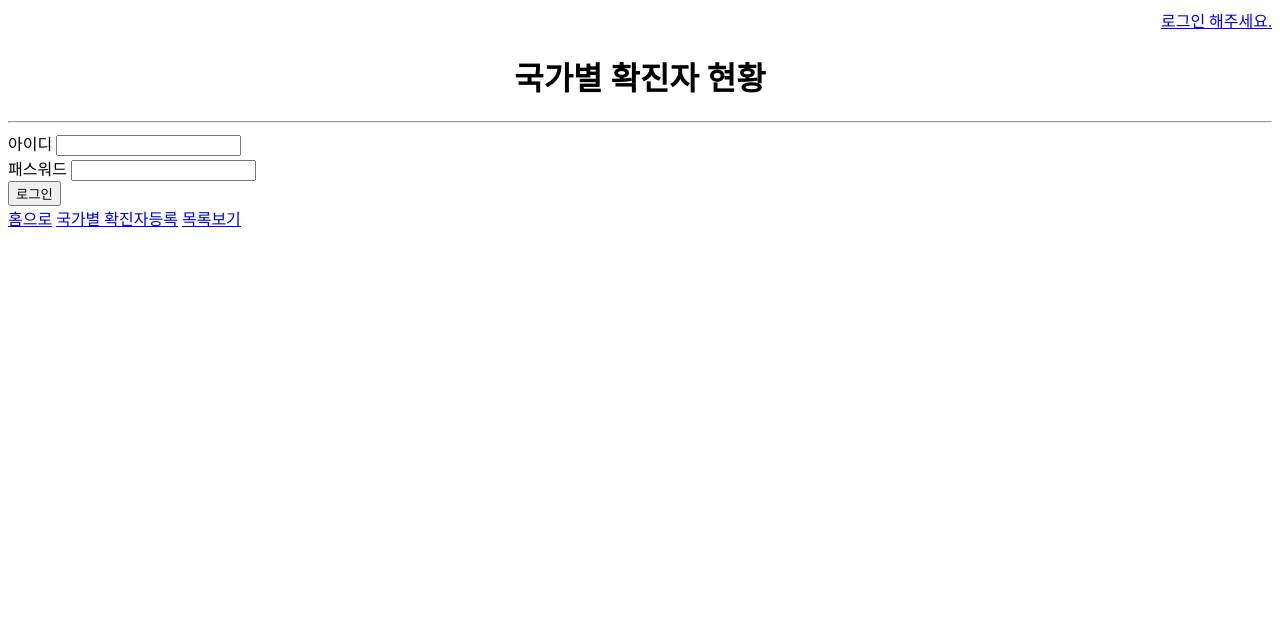
Repository: midrash/fileUpload-Test
Page: spring-ajax-test-frontend/index.html
An editor plug-in stored every save of this project. The page is shown before and after the next save, followed by the edit.
The browser window is 1280 px wide. The pictures show the whole page.

Above is the page before, as saved 2020-10-28 08:31:30.

### spring-ajax-test-frontend/index.html
<!DOCTYPE html>
<html>
<head>
<meta charset="UTF-8">
<title>Insert title here</title>
<style>
#loginInfo {
	text-align: right;
}

#head {
	text-align: center;
}

.inputtitle {
	display: inline-block;
	width: 100px;
	background: silver;
	text-align: center;
}
</style>
<script	src="https://ajax.googleapis.com/ajax/libs/jquery/3.5.1/jquery.min.js"></script>
<script>
	let root = '/test';
	let isLogin = false;
	let loginUser = {
		id: ''
	}
</script>
</head>
<body>
	<div id="loginInfo">
	</div>

	<h1 id="head">국가별 확진자 현황</h1>
	<hr>
	<div id="countryListArea">
	<form action="deletes">
		<table>
			<thead>
			<tr>
				<th>국가번호</th>
				<th>국가명</th>
				<th>확진자수</th>
				<th>지역</th>
				<th>삭제</th>
			</tr>
			</thead>
			<tbody id="ListBody">

			</tbody>
		</table>
		<div>
			<button>선택항목삭제</button>
		</div>
	</form>



	<div id="detailArea">

		<h2>확진자 현황 등록</h2>
		<div id="detailBody">

		</div>

	</div>

	</div>
	<div id="countryRegistArea">
		<h2>확진자 현황 등록</h2>
	<form id="registForm">
		<label for="ccode" class="inputtitle">국가 코드</label>
		<input type="text" name="ccode" id="ccode">
		<br>
		<label for="cname" class="inputtitle">국가명</label>
		<input type="text" name="cname" id="cname">
		<br>
		<label for="patient" class="inputtitle">확진자수</label>
		<input type="number" name="patient" id="patient">
		<br>
		<label for="rcode" class="inputtitle">지역</label>
		<select id="rcode" name="rcode">
			<option value="eu">유럽
			<option value="na">북아메리카
			<option value="as">아시아
		</select>
		<br>
		<input type="submit" value="확진자 현황 등록">
		<input type="reset" value="초기화">
	</form>
	<div>
			<a href="#">홈으로</a> <a href="/country/regist">국가별 확진자등록</a> <a
				href="$/country/list">목록보기</a>
		</div>
	</div>
	<div id="loginArea">
		<div id="loginMsg">
			<h2>이미 로그인 되있습니다.</h2>
		</div>
		<div id="loginFormDiv">
			<div>
				<label>아이디</label> <input type="text" id="id">
			</div>
			<div>
				<label>패스워드</label> <input type="password" id="pw">
			</div>
			<div>
				<button type="button" id="LoginBtn">로그인</button>
			</div>
		</div>
		<div>
			<a href="#">홈으로</a>
			<a href="/country/regist">국가별 확진자등록</a>
			<a href="#" id="viewList" >목록보기</a>
		</div>




	</div>
	<script >
	// 로그인 여부에 따라서 화면의 멘트 체인지
	if (isLogin){
		$("#loginInfo").html(`${loginUser.id }님 로그인되었습니다. <a	href="${root}/user/logout">로그아웃</a>`);
		$("#loginMsg").show();
		$("#loginFormDiv").hide();
		$("#countryListArea").hide();


	} else {
		$("#loginInfo").html(`<a href="${root}">로그인 해주세요.</a>`);
		$("#loginMsg").hide();
		$("#loginFormDiv").show();

	}
	$("#countryListArea").hide();
	$("#countryRegistArea").hide();
	$("#detailArea").hide();



	// 상세 이벤트 처리

	$("#ListBody").on("click"," a",function(){
		console.log($(this).text());
		$.ajax({
			url: `${root}/country/detail.do`,
			data: $(this).text(),
			dataType :'json',
			success: function(data){
					$("#detailBody").append(`
					<label for="ccode" class="inputtitle">국가 번호</label>
					<input type="text" value="${countryStatus.ccode}">
					<br>
					<label for="cname" class="inputtitle">국가명</label>
					<input type="text" value="${countryStatus.cname}">
					<br>
					<label for="patient" class="inputtitle">확진자수</label>
					<input type="text" value="${countryStatus.patient}">
					<br>
					<label for="rcode" class="inputtitle">지역</label>
					<input type="text" value="${countryStatus.rname}">
					`)
					$("#loginArea").hide();
					$("#countryRegistArea").hide();
					$("#countryListArea").hide();
					$("#detailArea").show();

			},
			error : function(){
				alert("검색시 문제 발생");
			}
		});



	});


	// 목록 이벤트 처리
	$("#viewList").click(function(){
		$.ajax({
			url: `${root}/country/list.do`,
			dataType :'json',
			success: function(data){
				console.dir(data);
				$("#ListBody").html("");
				$.each(data,function(i,v){
				console.log(i,v);
				$("#ListBody").append(`
					<tr>
						<td><a href="#detail?ccode=${v.ccode}">${v.ccode}</a></td>
						<td>${v.cname}</td>
						<td>${v.patient}</td>
						<td>${v.rname}</td>
						<td><input type="checkbox" name="ccodes" value="${v.ccode}"></td>
					</tr>

					`);
				});
				$("#loginArea").hide();
				$("#countryRegistArea").hide();
				$("#countryListArea").show();
			},
			error: function(){
					alert("조회시 에러 발생");
			}
		});
	});


	// 등록 이벤트 처리
	$("#registForm").submit(function(e){
// 		console.log("서브밋 버튼 클릭됨");
		e.preventDefault(); // 기본 이벤트를 중단시키기

// 		console.log($("#registForm").serialize());
		$.ajax({
			url: `${root}/country/regist.do`,
			type:'POST',
			data: $("#registForm").serialize(),
			dataType :'json',
			success: function(data){
				console.dir(data);
				if (data.result == "0") {
					alert("등록시 문제 발생");
				}else{
					alert("코로나 현황 정보가 등록되었습니다.")
					//폼 데이터를 빈값으로 변경
					$("#registForm")[0].reset();
				}
			},
			error : function(){
				alert("등록시 문제 발생");
			}
		});
	})



	// 로그인 버튼 이벤트 설정하기
	$("#LoginBtn").click(function(){
		// 사용자가 입력한 내용을 /user/login.do를 처리하는 메서드로 ajax 요청
		$.ajax({
			url: `${root}/user/login.do`,
			type:'POST',
			data: {
				id:$('#id').val(),
				pw:$('#pw').val()
			},
			dataType :'json',
			success: function(data){
				console.dir(data);
				if (data.result == "0") {
					alert("아이디 또는 패스워드를 확인하세요")
				}else{
					$("#countryRegistArea").show();
					$("#loginArea").hide();
				}
			}
		});
	});

	</script>
</body>
</html>

After the next save:
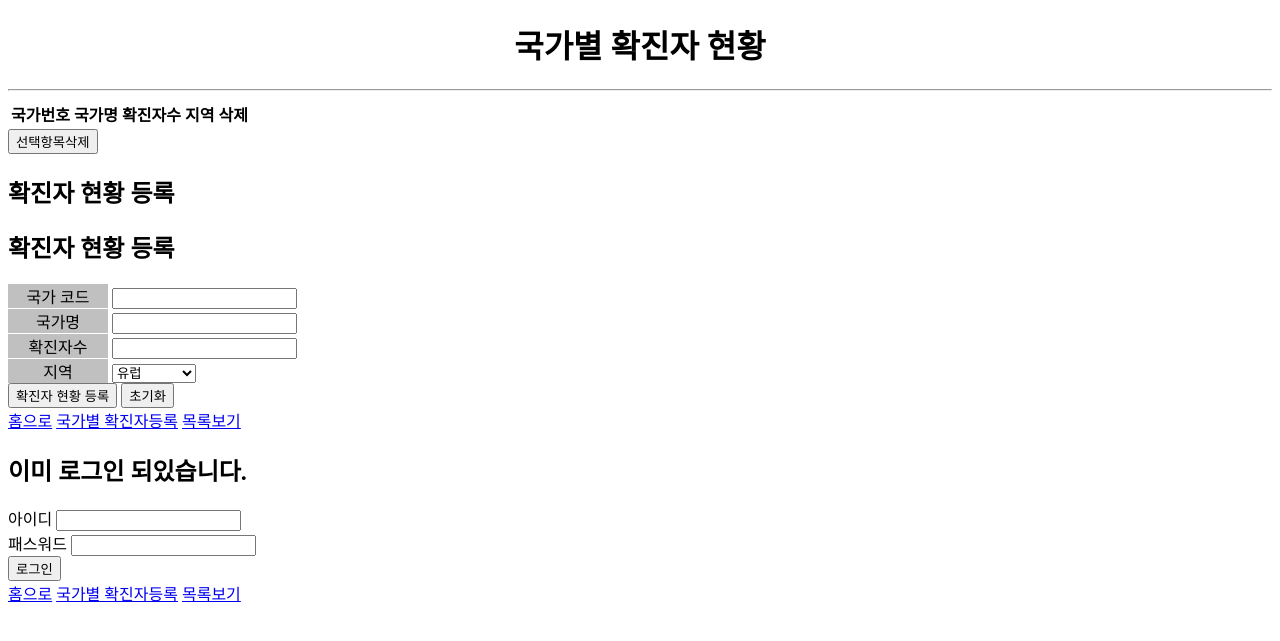
Console error: SyntaxError: Unexpected token ':'
Saved 51 s later.
--- a/spring-ajax-test-frontend/index.html
+++ b/spring-ajax-test-frontend/index.html
@@ -146,7 +146,7 @@
 		console.log($(this).text());
 		$.ajax({
 			url: `${root}/country/detail.do`,
-			data: $(this).text(),
+			data: ccode:$(this).text(),
 			dataType :'json',
 			success: function(data){
 					$("#detailBody").append(`

After the 3 saves that followed:
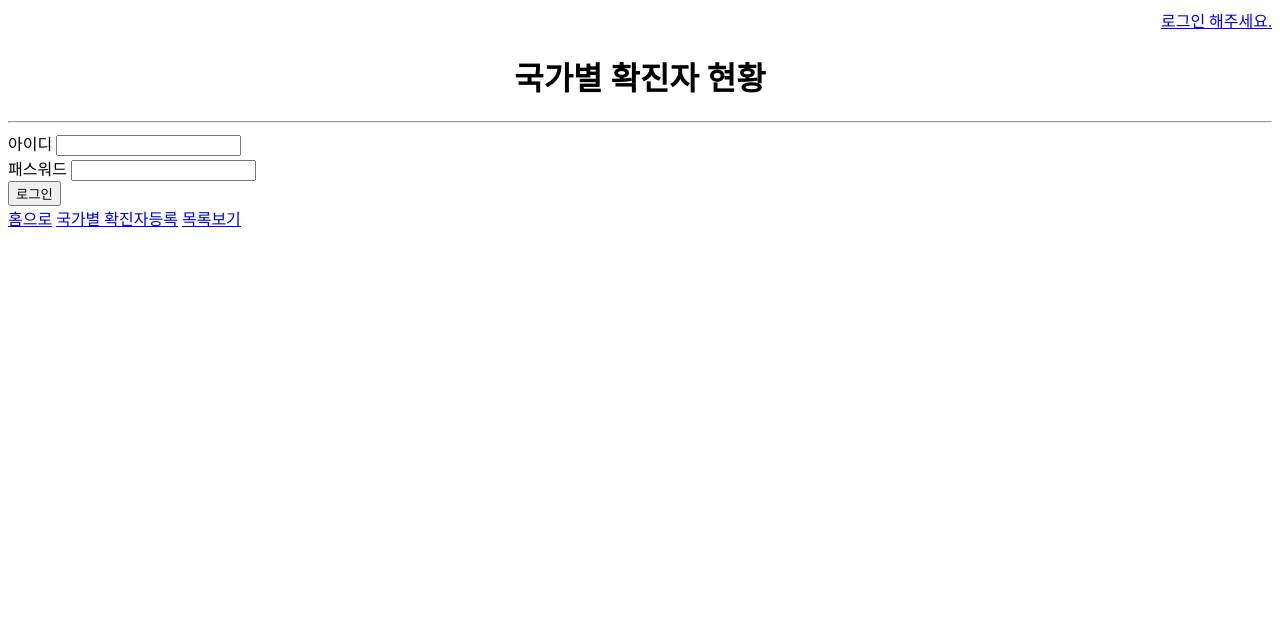
The error is gone.
The 3 saves are shown as one change because 2 left the picture as it was.
The last was saved 107 s later.
--- a/spring-ajax-test-frontend/index.html
+++ b/spring-ajax-test-frontend/index.html
@@ -137,6 +137,7 @@
 	$("#countryListArea").hide();
 	$("#countryRegistArea").hide();
 	$("#detailArea").hide();
+	$("#detailArea").hide();
 
 
 
@@ -146,21 +147,21 @@
 		console.log($(this).text());
 		$.ajax({
 			url: `${root}/country/detail.do`,
-			data: ccode:$(this).text(),
+			data: {ccode:$(this).text()},
 			dataType :'json',
 			success: function(data){
 					$("#detailBody").append(`
 					<label for="ccode" class="inputtitle">국가 번호</label>
-					<input type="text" value="${countryStatus.ccode}">
+					<input type="text" value="${data.ccode}">
 					<br>
 					<label for="cname" class="inputtitle">국가명</label>
-					<input type="text" value="${countryStatus.cname}">
+					<input type="text" value="${data.cname}">
 					<br>
 					<label for="patient" class="inputtitle">확진자수</label>
-					<input type="text" value="${countryStatus.patient}">
+					<input type="text" value="${data.patient}">
 					<br>
 					<label for="rcode" class="inputtitle">지역</label>
-					<input type="text" value="${countryStatus.rname}">
+					<input type="text" value="${data.rname}">
 					`)
 					$("#loginArea").hide();
 					$("#countryRegistArea").hide();
@@ -202,6 +203,7 @@
 				$("#loginArea").hide();
 				$("#countryRegistArea").hide();
 				$("#countryListArea").show();
+				$("#detailArea").hide();
 			},
 			error: function(){
 					alert("조회시 에러 발생");
@@ -257,6 +259,7 @@
 				}else{
 					$("#countryRegistArea").show();
 					$("#loginArea").hide();
+					$("#detailArea").hide();
 				}
 			}
 		});
